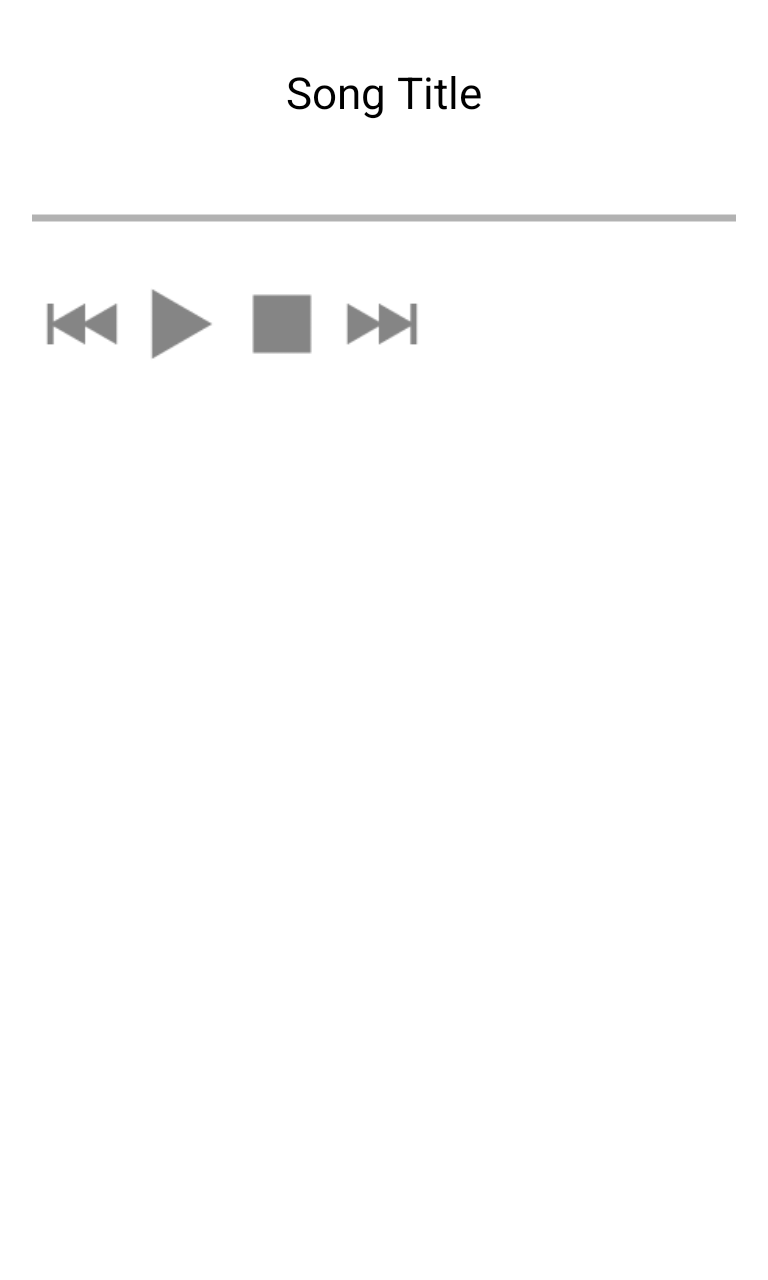
Repository: laurenelder/MDF3
Layout: MiniMediaPlayer/res/layout/activity_main.xml
These files come from the project's save history. The layout is drawn as it stood at one moment and after the next save; the edit follows.
It is drawn on a 768 x 1280 px phone screen (xhdpi) without system bars, with theme AppTheme; the app's code is not run.

Above is the layout before, as saved 2014-09-05 17:08:20.

After the next save:
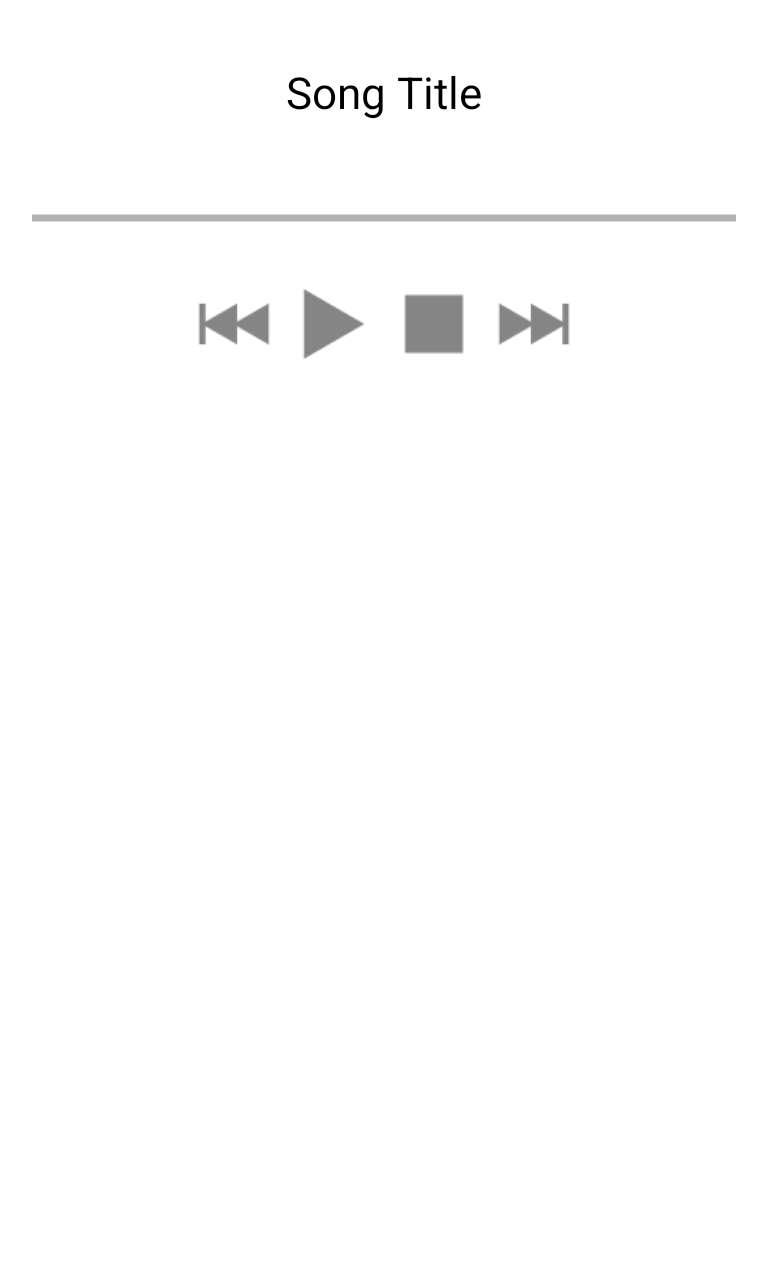
Saved 31 s later.
--- a/MiniMediaPlayer/res/layout/activity_main.xml
+++ b/MiniMediaPlayer/res/layout/activity_main.xml
@@ -29,7 +29,8 @@
     <LinearLayout
         android:layout_width="match_parent"
         android:layout_height="wrap_content"
-        android:layout_marginTop="20dp" >
+        android:layout_marginTop="20dp"
+        android:gravity="center" >
 
         <Button
             android:id="@+id/previousBtn"
